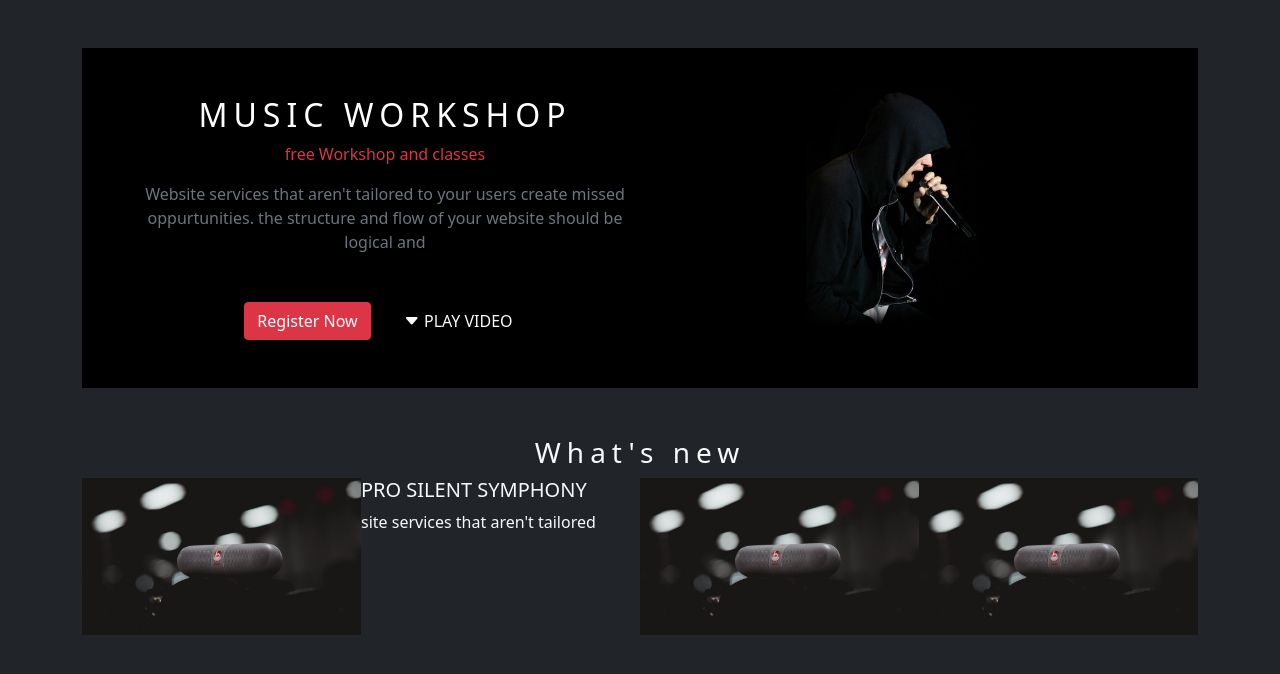
Repository: Eugene44-hub/music-workshop-site
Page: index.html
An editor plug-in stored every save of this project. The page is shown before and after the next save, followed by the edit.
The browser window is 1280 px wide. The pictures show the whole page.
Some web libraries are served in a nearby version.

Above is the page before, as saved 2021-10-22 16:55:43.

After the next save:
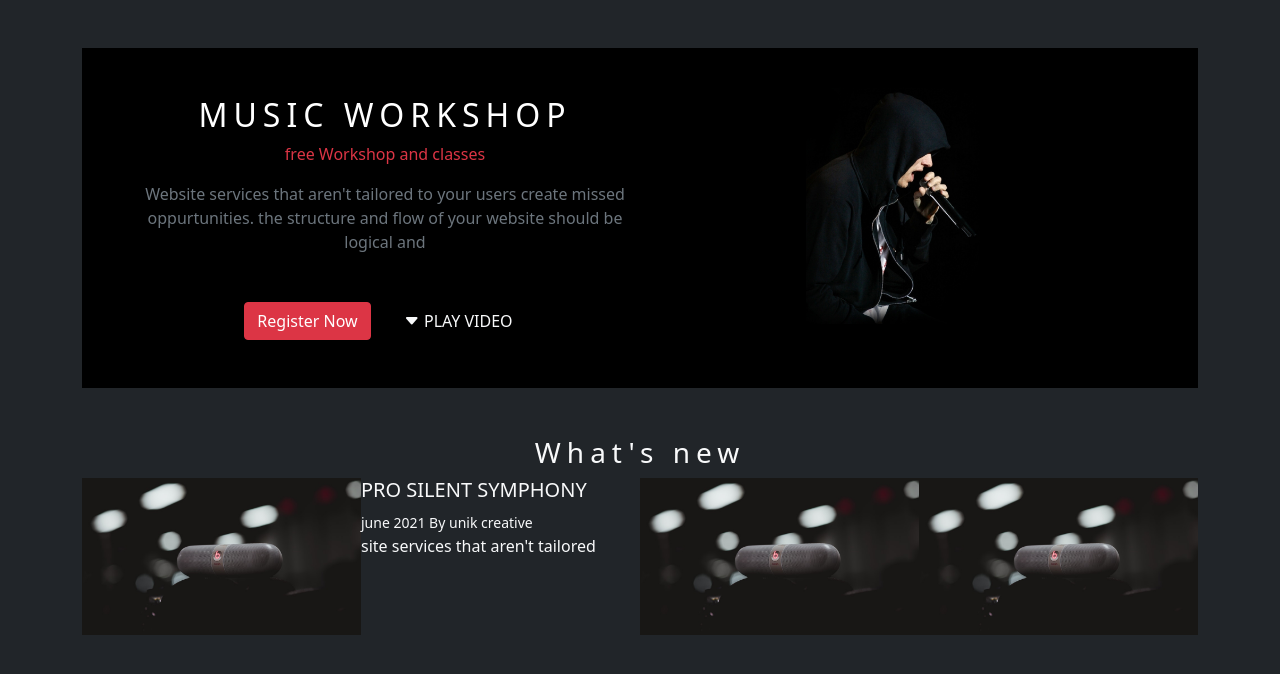
Saved 5 s later.
--- a/index.html
+++ b/index.html
@@ -46,6 +46,7 @@
                     <h4 class="lead">
                         PRO SILENT SYMPHONY
                     </h4>
+                    <small>june 2021 By unik creative</small>
                     <p>site services that aren't tailored</p>
                 </div>
                 <div class="col-md">
